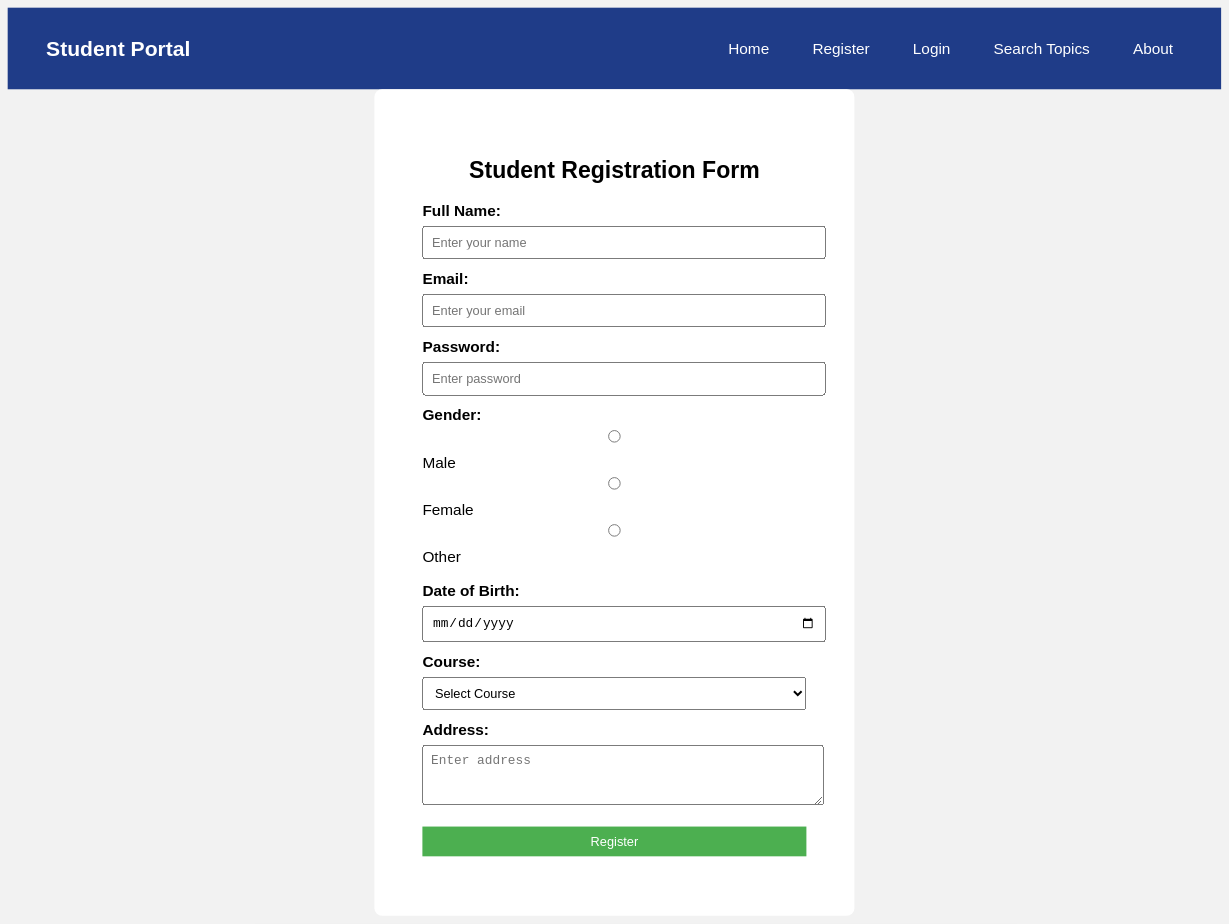
Repository: Tanvisalunkhe/Java_Codes
Page: demo/src/main/webapp/register.html
The author's editor kept a copy of each file at every save. The page is drawn from the files as they stood at one save, then again after the next save.
The browser window is 1280 px wide. The pictures show the whole page, at 96% of full size.

Above is the page before, as saved 2025-12-26 06:47:30.

After the next save:
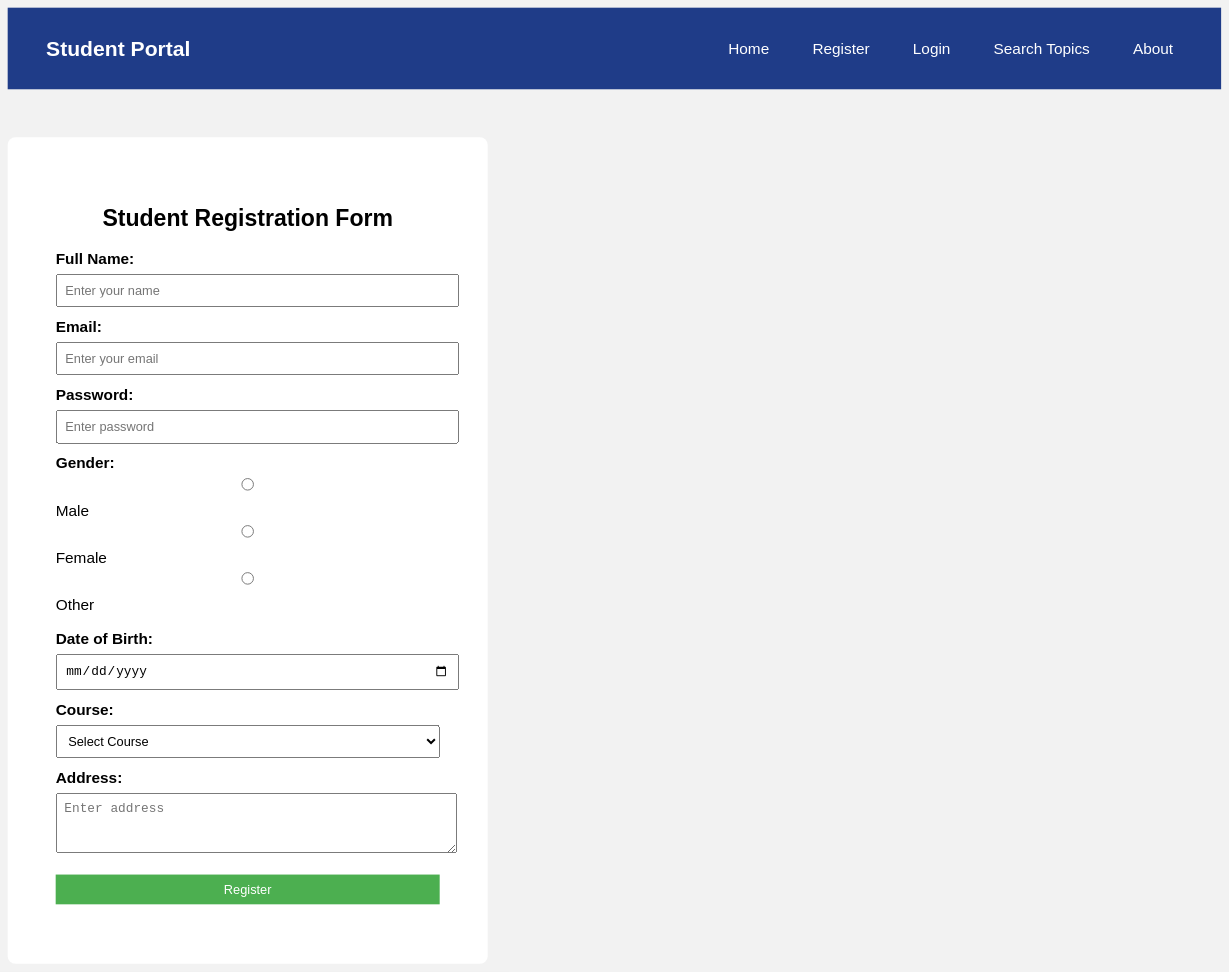
Saved 44 s later.
--- a/demo/src/main/webapp/register.html
+++ b/demo/src/main/webapp/register.html
@@ -44,7 +44,7 @@
         }
         .container {
             width: 400px;
-            margin: auto;
+            margin-top:50px;
             background: white;
             padding: 50px;
             border-radius: 8px;
